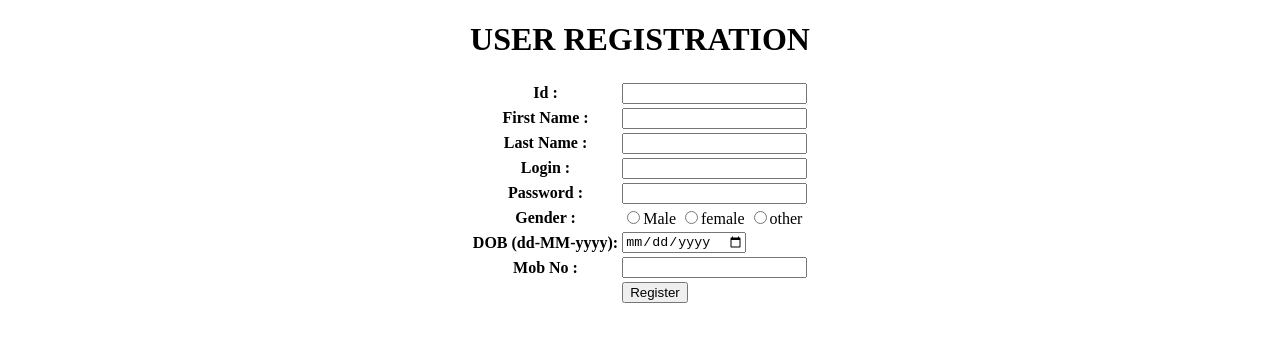
Repository: sachinmandloi1921/AdvanceJava
Page: http://localhost/Advance_Maven/RegView.jsp
An editor plug-in stored every save of this project. The page is shown before and after the next save, followed by the edit.
The browser window is 1280 px wide. The pictures show the whole page.
The page is served by Tomcat 9.

Above is the page before, as saved 2022-07-11 05:29:03.

After the next save:
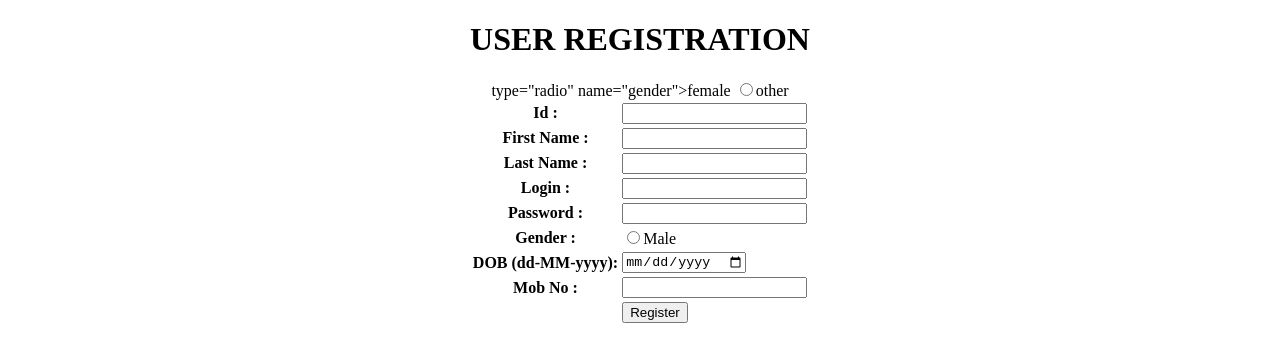
Saved 41 min 13 s later.
--- a/Advance Workspace/Advance_Maven/src/main/webapp/RegView.jsp
+++ b/Advance Workspace/Advance_Maven/src/main/webapp/RegView.jsp
@@ -38,8 +38,8 @@
 
 				<tr>
 					<th>Gender :</th>
-					<td><input type="radio" name="gender">Male <input
-						type="radio" name="gender">female <input type="radio"
+					<td><input type="radio" name="gender">Male </td>
+						<tb>type="radio" name="gender">female <input type="radio"
 						name="gender">other</td>
 				</tr>
 

After the save that followed:
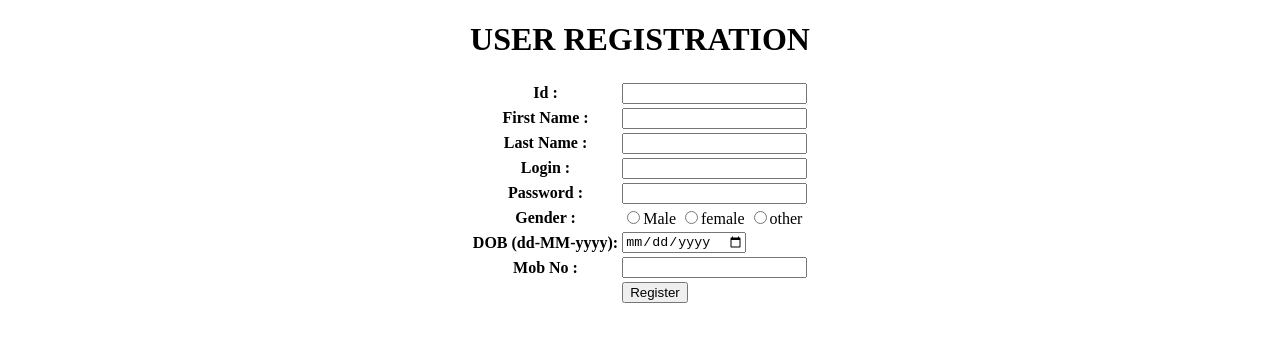
Saved 56 s later.
--- a/Advance Workspace/Advance_Maven/src/main/webapp/RegView.jsp
+++ b/Advance Workspace/Advance_Maven/src/main/webapp/RegView.jsp
@@ -38,8 +38,8 @@
 
 				<tr>
 					<th>Gender :</th>
-					<td><input type="radio" name="gender">Male </td>
-						<tb>type="radio" name="gender">female <input type="radio"
+					<td><input type="radio" name="gender">Male <input
+						type="radio" name="gender">female <input type="radio"
 						name="gender">other</td>
 				</tr>
 
